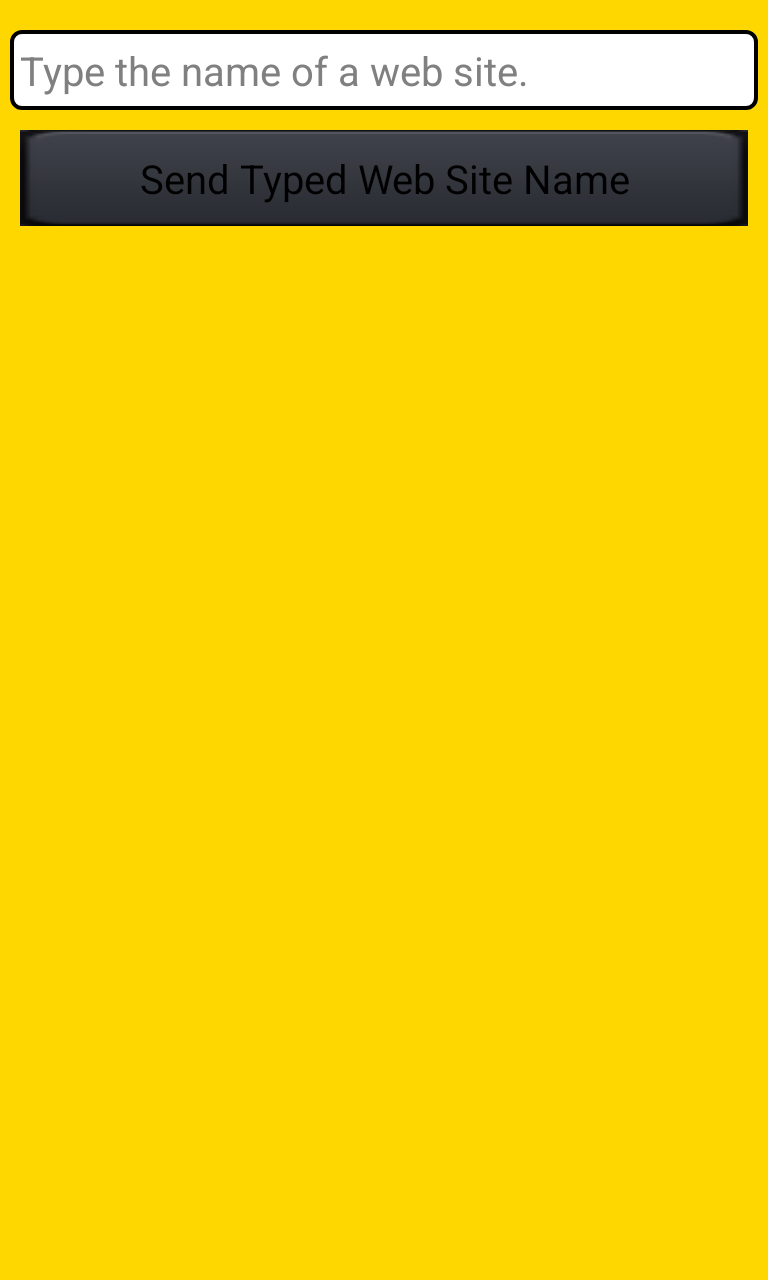
Repository: kenshiryu7/mdv-projects
Layout: MDF3/project_4/Project4/res/layout/main_lay.xml
The author's editor kept a copy of each file at every save. The layout is drawn from the files as they stood at one save, then again after the next save.
It is drawn on a 768 x 1280 px phone screen (xhdpi) without system bars, with theme AppTheme; the app's code is not run.

Above is the layout before, as saved 2013-02-27 06:56:18.

### MDF3/project_4/Project4/res/layout/main_lay.xml
<LinearLayout xmlns:android="http://schemas.android.com/apk/res/android"
    xmlns:tools="http://schemas.android.com/tools"
    android:layout_width="match_parent"
    android:layout_height="match_parent"
    android:background="#FFD700"
    android:orientation="vertical" >

    <EditText
        android:id="@+id/message"
        android:layout_width="fill_parent"
        android:layout_height="40dp"
        android:layout_marginLeft="5dp"
        android:layout_marginRight="5dp"
        android:layout_marginTop="15dp"
        android:background="@drawable/border"
        android:hint="@string/hint"
        android:padding="5dp"
        android:textSize="20sp" >

    </EditText>

    <Button
        android:id="@+id/button1"
        android:layout_width="match_parent"
        android:layout_height="wrap_content"
        android:layout_marginLeft="10dp"
        android:layout_marginRight="10dp"
        android:layout_marginTop="10dp"
        android:background="@drawable/custom_b"
        android:text="@string/butt1"
        android:textSize="20sp" />

</LinearLayout>

### MDF3/project_4/Project4/res/drawable-hdpi/border.xml
<?xml version="1.0" encoding="utf-8"?>
<shape
     xmlns:android="http://schemas.android.com/apk/res/android"
    android:shape="rectangle">
    <solid android:color="#FFFFFF"/>
    <stroke android:width="2dp" android:color="#000000"/>

    <corners
        android:bottomRightRadius="5dp"
        android:bottomLeftRadius="5dp"
        android:topLeftRadius="5dp"
        android:topRightRadius="5dp">

    </corners>

</shape>

### MDF3/project_4/Project4/res/values/strings.xml
<?xml version="1.0" encoding="utf-8"?>
<resources>

    <string name="app_name">Project4</string>
    <string name="action_settings">Settings</string>
    <string name="hello_world">Hello world!</string>

    <string name="hint">Type the name of a web site.</string>
    <string name="butt1">Send Typed Web Site Name</string>

</resources>

### MDF3/project_4/Project4/res/drawable-hdpi/custom_b.xml
<?xml version="1.0" encoding="utf-8"?>
<selector
    xmlns:android="http://schemas.android.com/apk/res/android">


    <item android:state_pressed="true" android:drawable="@drawable/b_press"></item>
    <item android:drawable="@drawable/b_norm"></item>
</selector>

Loaded but not shown: MDF3/project_4/Project4/res/values/styles.xml (common file); MDF3/project_4/Project4/res/values-v11/styles.xml (common file); MDF3/project_4/Project4/res/values-v14/styles.xml (common file)

After the next save:
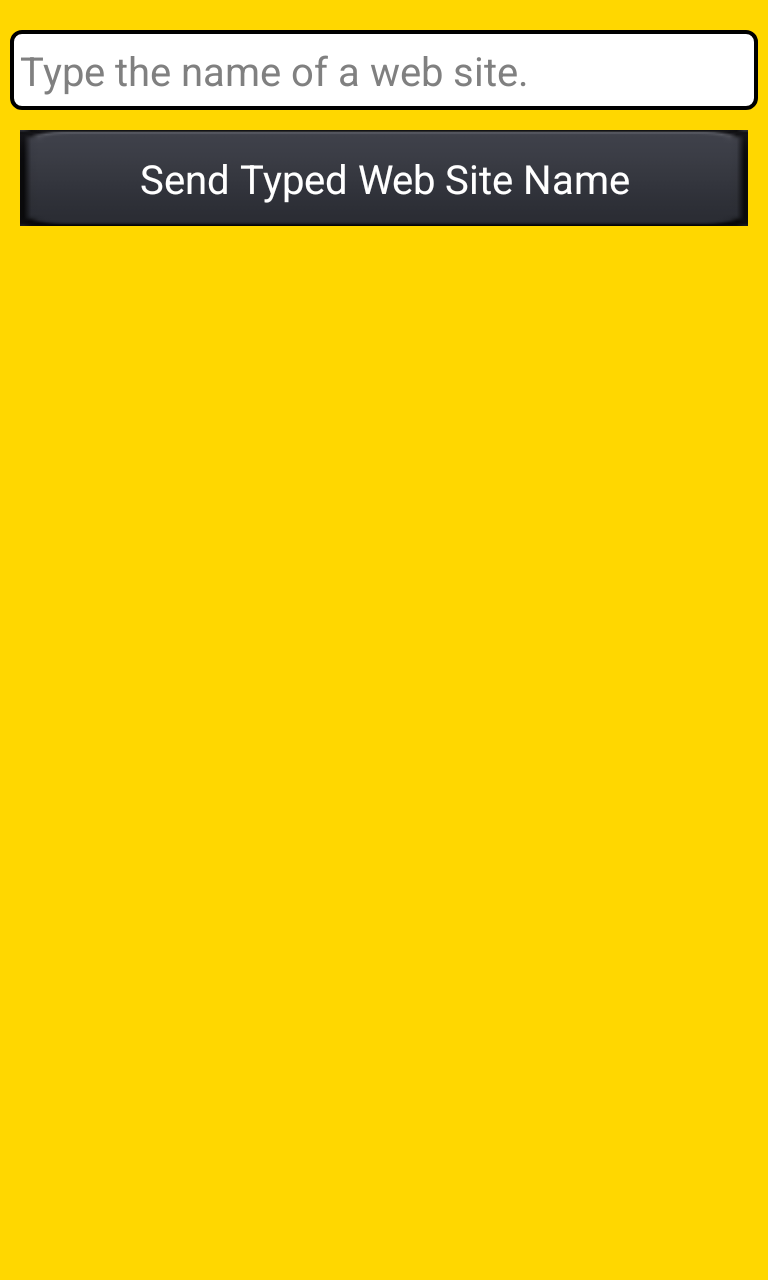
Saved 33 s later.
--- a/MDF3/project_4/Project4/res/layout/main_lay.xml
+++ b/MDF3/project_4/Project4/res/layout/main_lay.xml
@@ -28,6 +28,7 @@
         android:layout_marginTop="10dp"
         android:background="@drawable/custom_b"
         android:text="@string/butt1"
+        android:textColor="#FFFFFF"
         android:textSize="20sp" />
 
 </LinearLayout>
